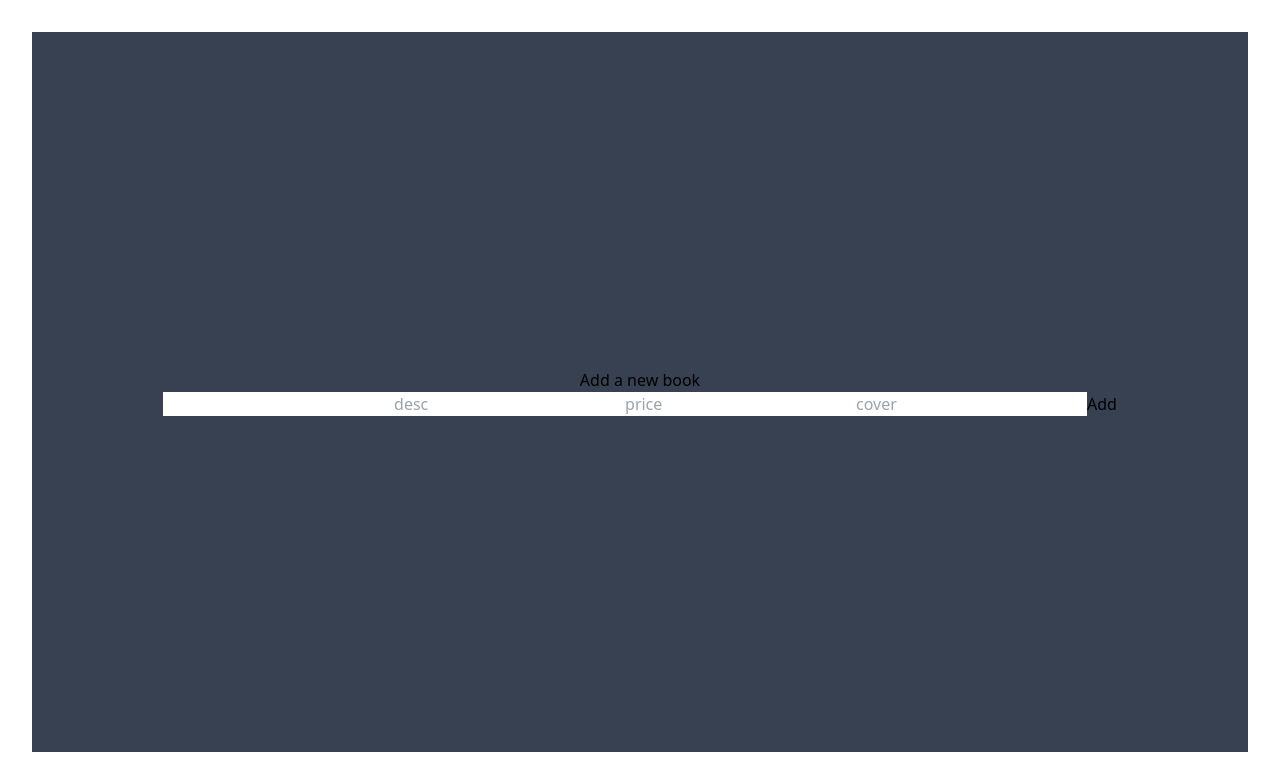
Repository: Vasil1001/fullstack-nutrition-tracker
Page: /add (app in frontend/)
These files come from the project's save history. The page is drawn as it stood at one moment and after the next save; the edit follows.
The browser window is 1280 px wide. The pictures show the whole page.
The project was rebuilt for these pictures with package versions that can differ from the ones it lists, and the page was loaded fresh each time. Also part of the build but not shown: frontend/vite.config.js, frontend/src/pages/Books.jsx, frontend/src/pages/Update.jsx.

Above is the page before, as saved 2023-05-21 16:08:16.

After the next save:
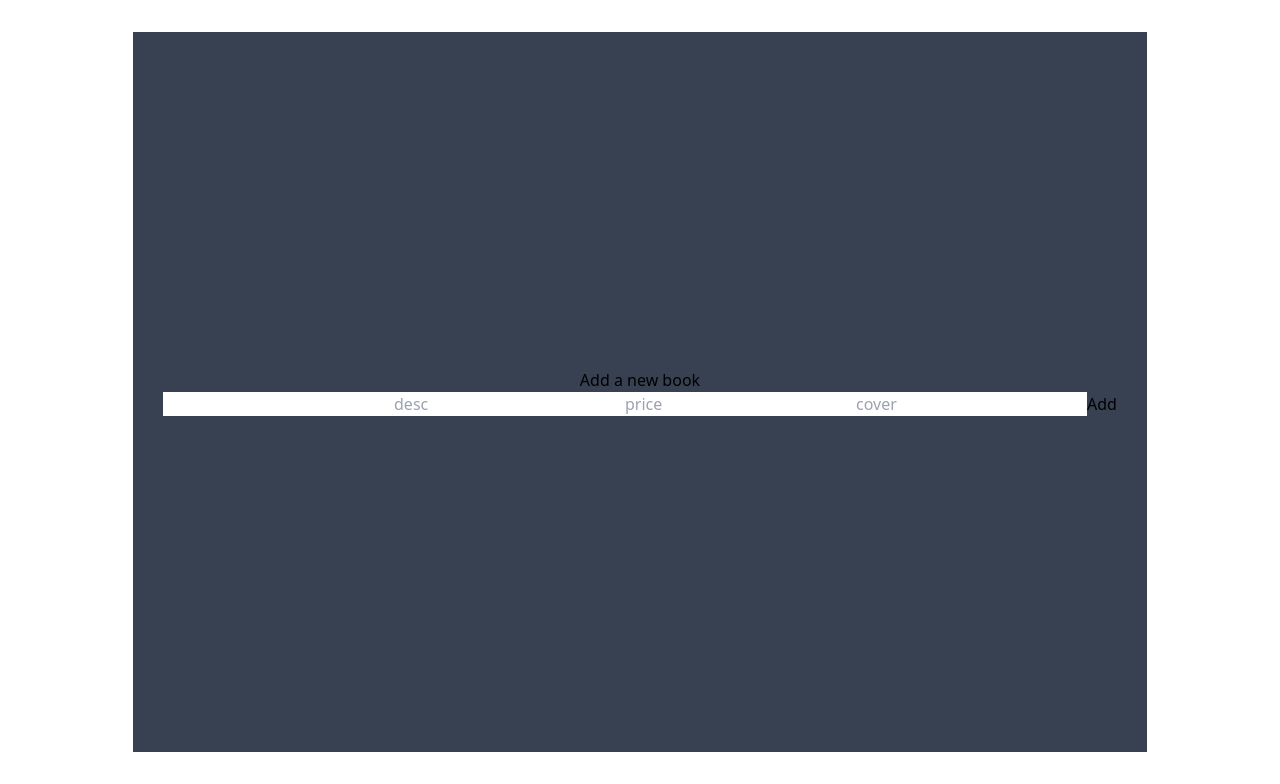
Saved 10 s later.
--- a/frontend/src/App.jsx
+++ b/frontend/src/App.jsx
@@ -10,7 +10,7 @@ import Update from './pages/Update'
 function App() {
 
   return (
-    <div className="max-w-screen bg-gray-700 mx-auto flex  min-h-screen flex-col  justify-center  text-centerxl:w-10/12  ">
+    <div className="max-w-screen bg-gray-700 mx-auto flex  min-h-screen flex-col  justify-center  text-center xl:w-10/12  ">
     <BrowserRouter>
         <Routes>
           <Route path='/' element={<Books />} />
